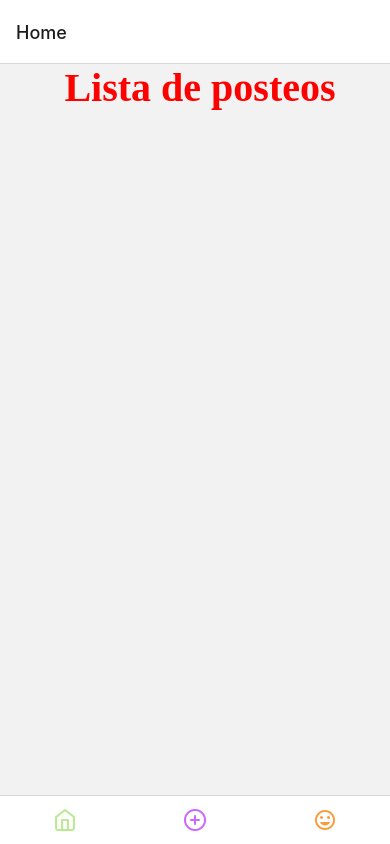
Repository: larafernandezo/finalprog3
Screen: /Menu
The author's editor kept a copy of each file at every save. The screen is drawn from the files as they stood at one save, then again after the next save.
The page's requests for data from a server got no answer. The app was drawn by React Native's web renderer in a window 390 px wide. The project was rebuilt for these pictures with package versions that can differ from the ones it lists, and the page was loaded fresh each time. No one was signed in, and anything a server would have sent is missing. Also part of the build but not shown: src/components/Camera.js, src/screens/Registro.js, src/components/Post.js, src/screens/MiPerfil.js, src/screens/NuevoPost.js, src/screens/Perfil.js.

Above is the screen before, as saved 2022-11-22 12:00:53.

After the next save:
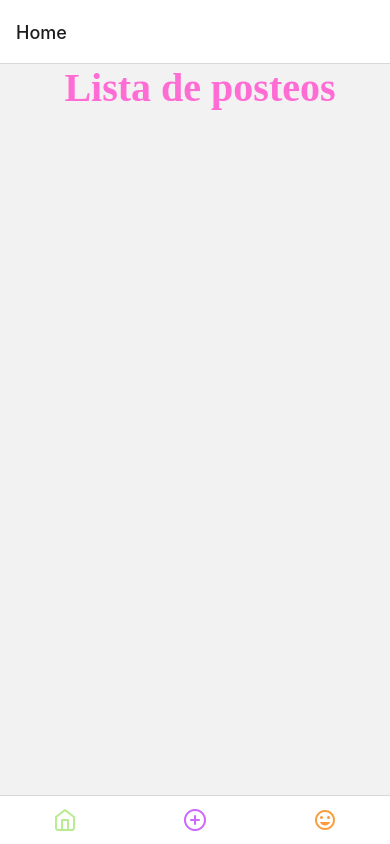
Saved 11 s later.
--- a/src/screens/Home.js
+++ b/src/screens/Home.js
@@ -50,7 +50,7 @@ const styles = StyleSheet.create({
         fontWeight:'bold',
         textAlign:'center',
         fontFamily: 'raleway heavy',
-        color: 'red'
+        color: '#ff6cd4'
 
     },
     view:{
